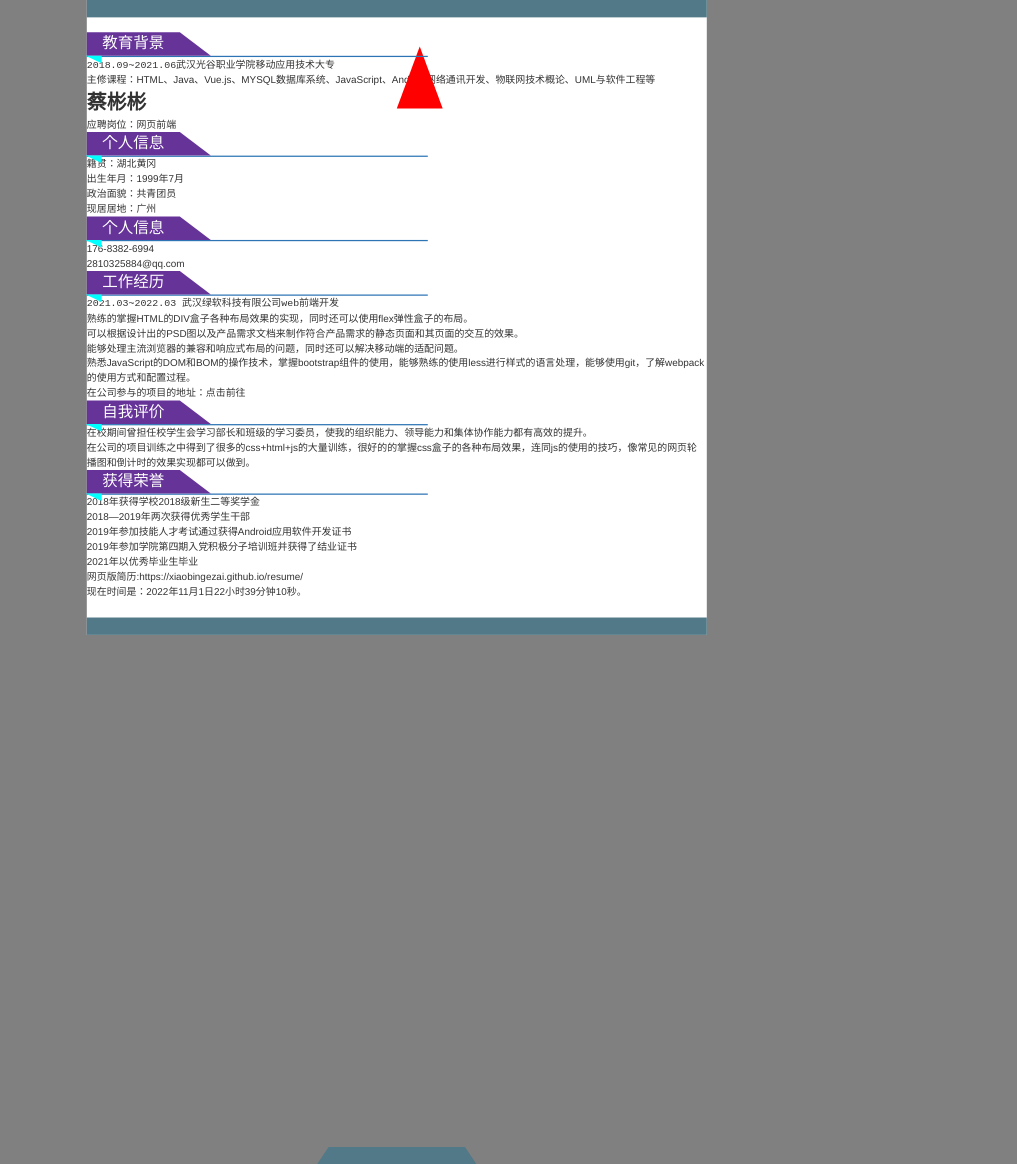
Repository: xiaobingezai/resume
Page: index.html
These files come from the project's save history. The page is drawn as it stood at one moment and after the next save; the edit follows.
The browser window is 1280 px wide. The page is 1280 px wide, then 1640 px, then 1280 px, so the pictures cover 1640 px, including what lies to the right of the window. The pictures show the whole page, at 62% of full size.

Above is the page before, as saved 2022-11-02 22:09:59.

### index.html
<!DOCTYPE html>
<html lang="en">

<head>
    <meta charset="UTF-8">
    <meta http-equiv="X-UA-Compatible" content="IE=edge">
    <meta name="viewport" content="width=device-width, initial-scale=1.0">
    <title>Document</title>
    <link rel="stylesheet" href="css/index.css">
</head>

<body>
    <div class="wrapper" id="zhengTi">
        <div id="head">
            <div class="jiaoYuBeiJing">
                <div class="zhuangShiTuPian"><samp>教育背景</samp></div>
                <div class="samp1">
                    <samp>2018.09~2021.06</samp><samp>武汉光谷职业学院</samp><samp>移动应用技术</samp><samp>大专</samp>
                </div>
                <p>主修课程：HTML、Java、Vue.js、MYSQL数据库系统、JavaScript、Android网络通讯开发、物联网技术概论、UML与软件工程等</p>
            </div>
            <div id="content" class="clearfix">
                <div class="gongZuoJingLi1">
                    <div class="first">
                        <h1>蔡彬彬</h1>
                        <p>应聘岗位：网页前端</p>
                    </div>
                    <div class="second">
                        <div class="zhuangShiTuPian"><samp>个人信息</samp></div>
                        <ul class="ul1">
                            <li>籍贯：湖北黄冈</li>
                            <li>出生年月：1999年7月</li>
                            <li>政治面貌：共青团员</li>
                            <li>现居居地：广州</li>
                        </ul>
                    </div>
                    <div class="third">
                        <div class="zhuangShiTuPian"><samp>个人信息</samp></div>
                        <ul class="ul2">
                            <li>176-8382-6994</li>
                            <li>2810325884@qq.com</li>
                        </ul>
                    </div>
                </div>
                <div class="gongZuoJingLi">
                    <div class="zhuangShiTuPian"><samp>工作经历</samp></div>

                    <ul class="gongZuoJingLi2">
                        <div class="gongZuo">
                            <samp>2021.03~2022.03 </samp><samp>武汉绿软科技有限公司</samp><samp>web前端开发</samp>
                        </div>
                        <li>熟练的掌握HTML的DIV盒子各种布局效果的实现，同时还可以使用flex弹性盒子的布局。</li>
                        <li>可以根据设计出的PSD图以及产品需求文档来制作符合产品需求的静态页面和其页面的交互的效果。</li>
                        <li>能够处理主流浏览器的兼容和响应式布局的问题，同时还可以解决移动端的适配问题。</li>
                        <li>熟悉JavaScript的DOM和BOM的操作技术，掌握bootstrap组件的使用，能够熟练的使用less进行样式的语言处理，能够使用git，了解webpack的使用方式和配置过程。</li>
                        <li>在公司参与的项目的地址：<a href="http://www.downyi.com/" target="blank">点击前往</a></li>
                    </ul>
                </div>
            </div>
            <div id="tail" class="clearfix">
                <div class="diBu1">
                    <div class="zhuangShiTuPian"><samp>自我评价</samp></div>
                    <ul>
                        <li>在校期间曾担任校学生会学习部长和班级的学习委员，使我的组织能力、领导能力和集体协作能力都有高效的提升。</li>
                        <li>在公司的项目训练之中得到了很多的css+html+js的大量训练，很好的的掌握css盒子的各种布局效果，连同js的使用的技巧，像常见的网页轮播图和倒计时的效果实现都可以做到。</li>
                    </ul>
                </div>
                <div class="diBu2">
                    <div class="zhuangShiTuPian"><samp>获得荣誉</samp></div>
                    <ul>
                        <li>2018年获得学校2018级新生二等奖学金</li>
                        <li>2018—2019年两次获得优秀学生干部</li>
                        <li>2019年参加技能人才考试通过获得Android应用软件开发证书</li>
                        <li>2019年参加学院第四期入党积极分子培训班并获得了结业证书</li>
                        <li>2021年以优秀毕业生毕业</li>
                    </ul>
                </div>
                <div id="jianLi">
                    <p >网页版简历:<a href="https://xiaobingezai.github.io/resume/" target="blank">https://xiaobingezai.github.io/resume/</a></p>
                    <div class="daoJiShi"></div>
                </div>
            </div>
        </div>
        <!-- 底部 -->
        <div class="tiXing"></div>
    </div>
    <script src="./js/index.js"></script>
</body>

</html>

### css/index.css
/* 清除默认样式的代码 */
/* 去除常见标签默认的 margin 和 padding */
body,
h1,
h2,
h3,
h4,
h5,
h6,
p,
ul,
ol,
li,
dl,
dt,
dd,
input {
    margin: 0;
    padding: 0;
}

/* 內减模式 */
* {
    box-sizing: border-box;
}

/* 设置网页统一的字体大小、行高、字体系列相关属性 */
body {
    font: 16px/1.5 "Helvetica Neue", Helvetica, Arial, "Microsoft Yahei",
        "Hiragino Sans GB", "Heiti SC", "WenQuanYi Micro Hei", sans-serif;
    color: #333;
}

/* 去除列表默认样式 */
ul,
ol {
    list-style: none;
}

/* 去除默认的倾斜效果 */
em,
i {
    font-style: normal;
}

/* 去除a标签默认下划线，并设置默认文字颜色 */
a {
    text-decoration: none;
    color: #333;
}

/* 设置img的垂直对齐方式为居中对齐，去除img默认下间隙 */
img {
    vertical-align: middle;
}

/* 去除input默认样式 */
input {
    border: none;
    outline: none;
    color: #333;
}

/* 左浮动 */
.fl {
    float: left;
}

/* 右浮动 */
.fr {
    float: right;
}

/* 双伪元素清除法 */
.clearfix::before,
.clearfix::after {
    content: "";
    display: table;
}

.clearfix::after {
    clear: both;
}

/* 版心居中 */
.wrapper {
    width: 1240px;
    margin: 0 auto;
}

/* 网页的整体外框 */
#zhengTi {
    width: 1000px;
    /* height: 1400px; */
    background-color: #fff;
}

body{
    background-color: rgba(128, 128,128);
}
/* 装饰横条背景 */
.zhuangShiTuPian {
    position: relative;
    text-align: center;
    line-height: 40px;
    font-size: 25px;
    color: #fff;
    width: 550px;
    height: 40px;
    border-bottom: 2px solid #2d74b5;
}
.zhuangShiTuPian::after {
    content: '';
    position: absolute;
    left: -2px;

    width: 0;
    height: 0;
    border-width: 0 26px 12px 0;
    border-style: solid;
    border-color: transparent aqua;
}
.zhuangShiTuPian samp {
    display: block;
    width: 200px;
    height: 0;
    border-bottom: 38px solid rebeccapurple;
    border-right: 50px solid transparent;
}

/* 最外层的盒子的样式设置 */
#zhengTi {
    position: absolute;
    left: 50%;
    transform: translateX(-50%);
    border-top: 28px solid #517987 ;
    border-bottom: 28px solid #517987 ;
}
#zhengTi::before {
    content: '';

    position: relative;
    top: 27px;
    left: 50%;
    transform: translateX(-50%px);

    width: 100px;
    height: 0px;
    border-width: 0 37px 100px 37px;
    border-style:none solid solid;
    border-color:transparent transparent red;
}
#zhengTi .tiXing {
    width: 260px;
    height: 28px;
    position: relative;
    bottom: -884px;
    left: 50%;
    transform: translateX(-50%);
    border-width: 0px 20px 30px 20px;
    border-style: solid;
    border-color:  transparent transparent #517987 transparent;
}

/* head的区域 */
#zhengTi .head {
    padding-left: 30px;
}

### js/index.js
let daoJiShi = document.querySelector('.daoJiShi');
            shiJian();
            function shiJian() {
                let time = new Date();
                let nian = time.getFullYear();
                let yue = time.getMonth();
                let ri = time.getDate();
                let h = time.getHours();
                let m = time.getMinutes();
                let s = time.getSeconds();
                let dangQianShiJian = '现在时间是：' + +nian + '年' + (yue + 1) + '月' + ri + '日' + h + '小时' + m + '分钟' + s + '秒' +
                    '。';
                daoJiShi.innerHTML = dangQianShiJian;
            }
            setInterval('shiJian()', 1000);

After the next save:
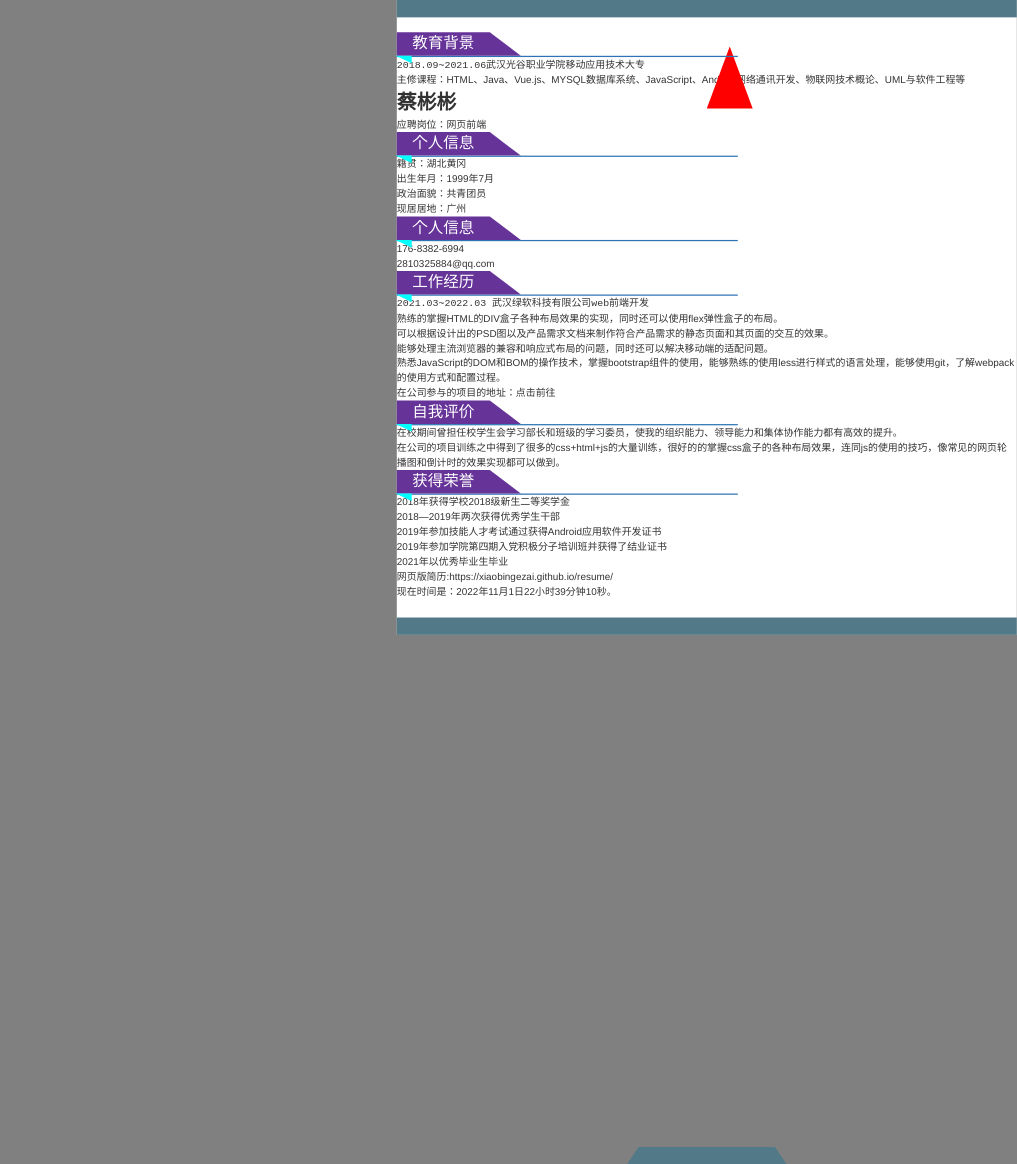
Saved 5 s later.
--- a/css/index.css
+++ b/css/index.css
@@ -132,7 +132,7 @@
 #zhengTi {
     position: absolute;
     left: 50%;
-    transform: translateX(-50%);
+    transform: translateX(-50%px);
     border-top: 28px solid #517987 ;
     border-bottom: 28px solid #517987 ;
 }

After the save that followed:
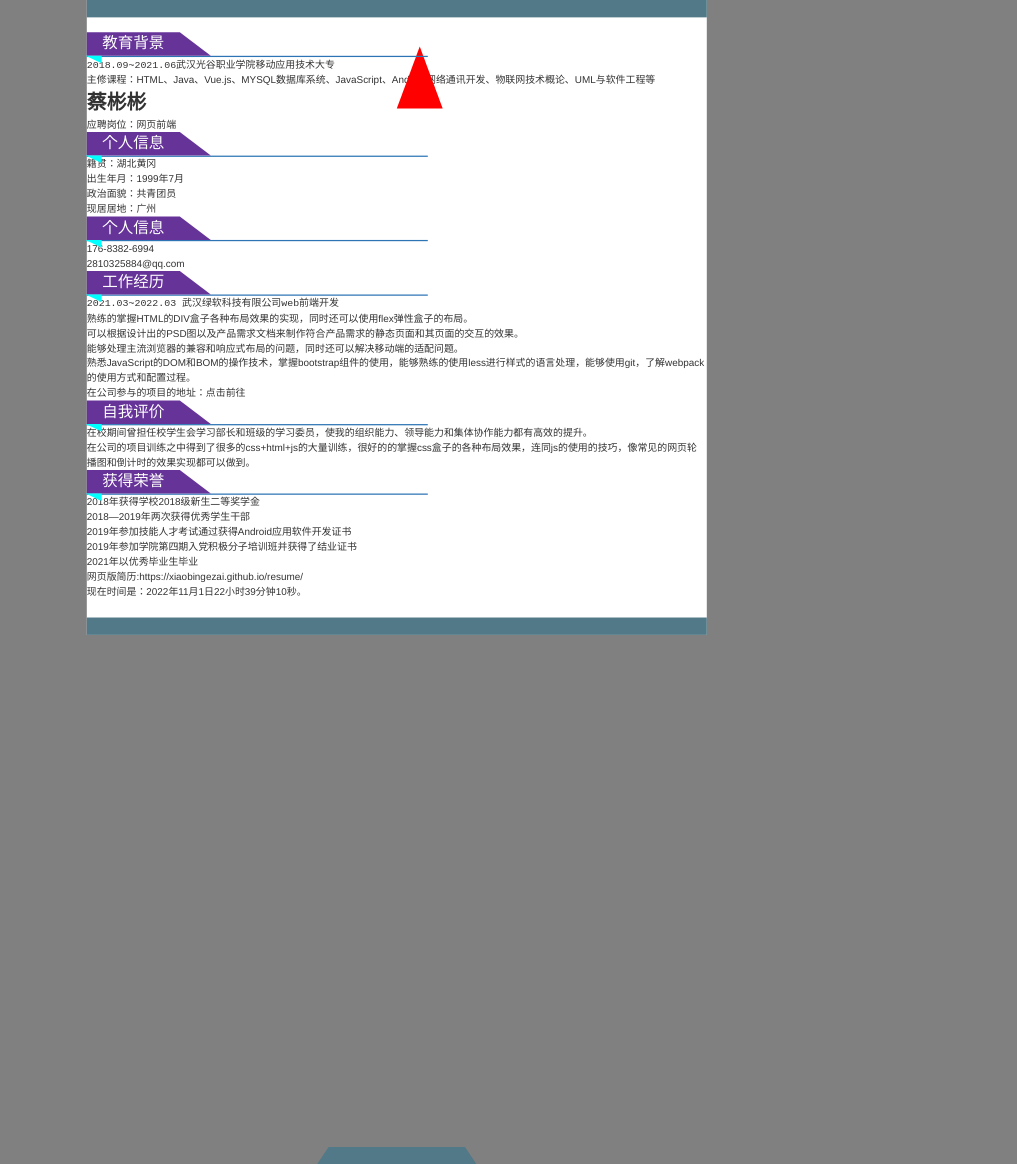
Saved 88 s later.
--- a/css/index.css
+++ b/css/index.css
@@ -132,7 +132,7 @@
 #zhengTi {
     position: absolute;
     left: 50%;
-    transform: translateX(-50%px);
+    transform: translateX(-500px);
     border-top: 28px solid #517987 ;
     border-bottom: 28px solid #517987 ;
 }
